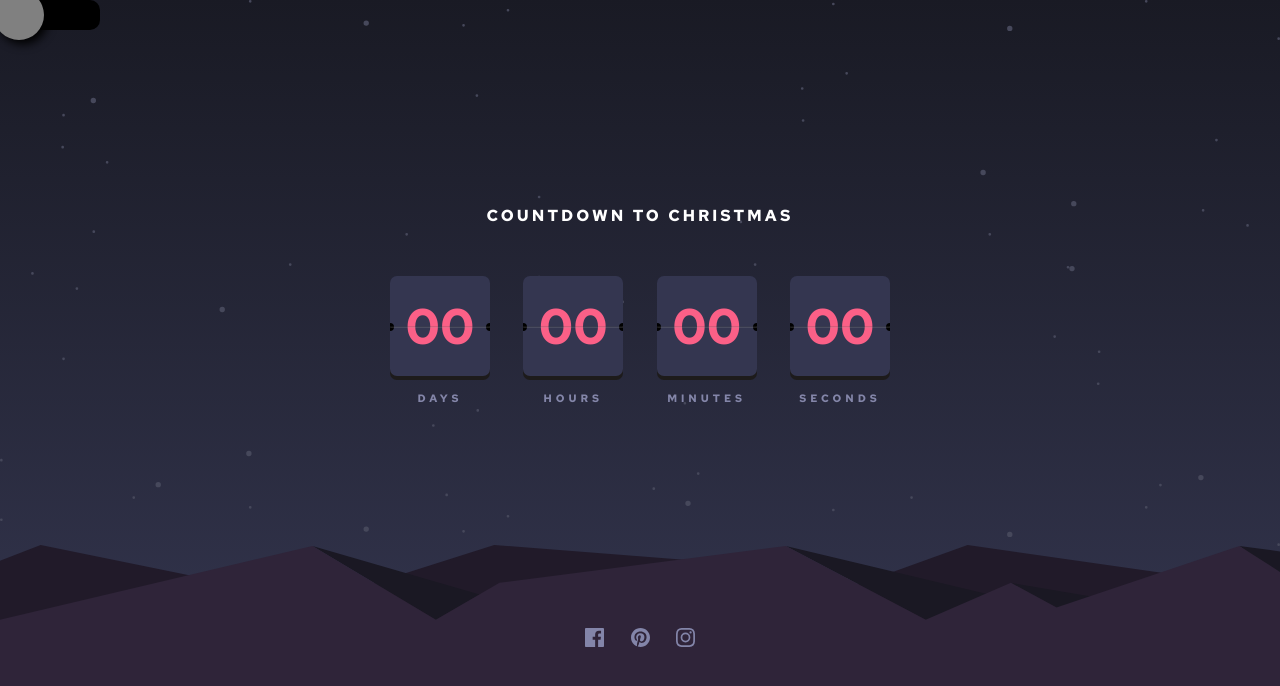
Repository: Eugene44-hub/countdown
Page: index.html
An editor plug-in stored every save of this project. The page is shown before and after the next save, followed by the edit.
The browser window is 1280 px wide. The pictures show the whole page.

Above is the page before, as saved 2021-09-13 02:41:43.

After the next save:
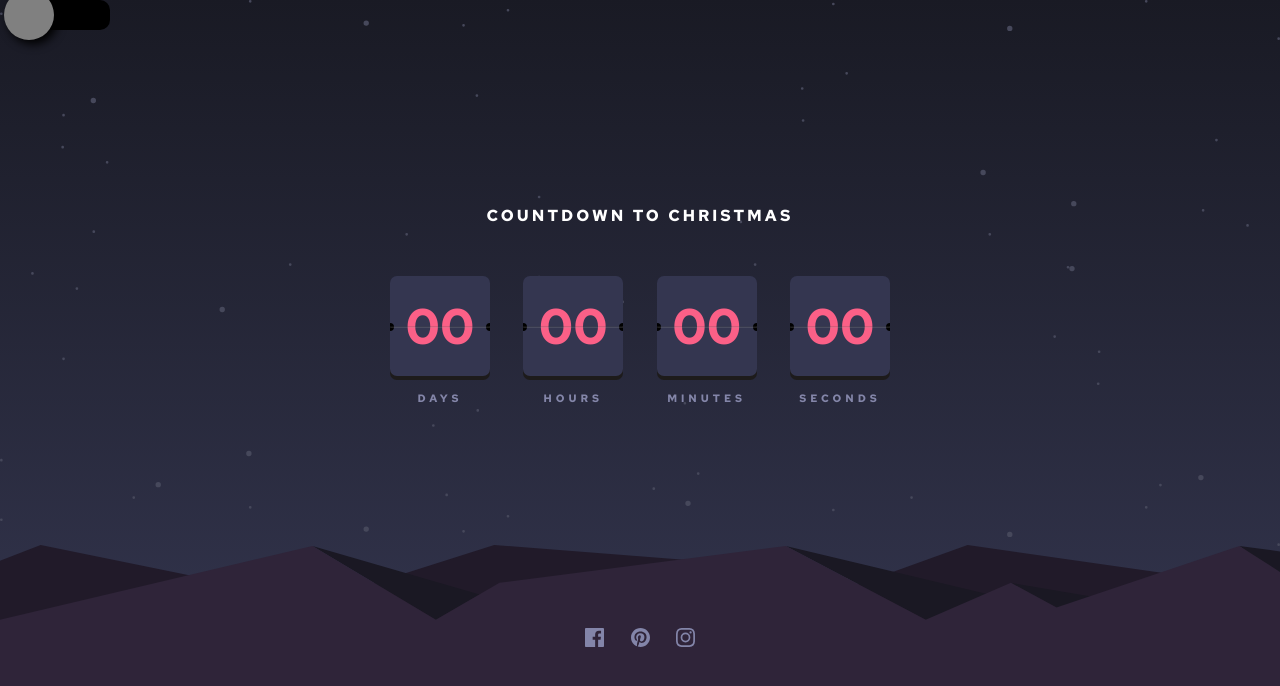
Saved 5 s later.
--- a/style.css
+++ b/style.css
@@ -124,7 +124,7 @@
         position: relative;
         transition: all 0.5s;
         border-radius: 10px;
-        margin-left: ;
+        margin-left: 10px;
     }
 
     .toggle {
